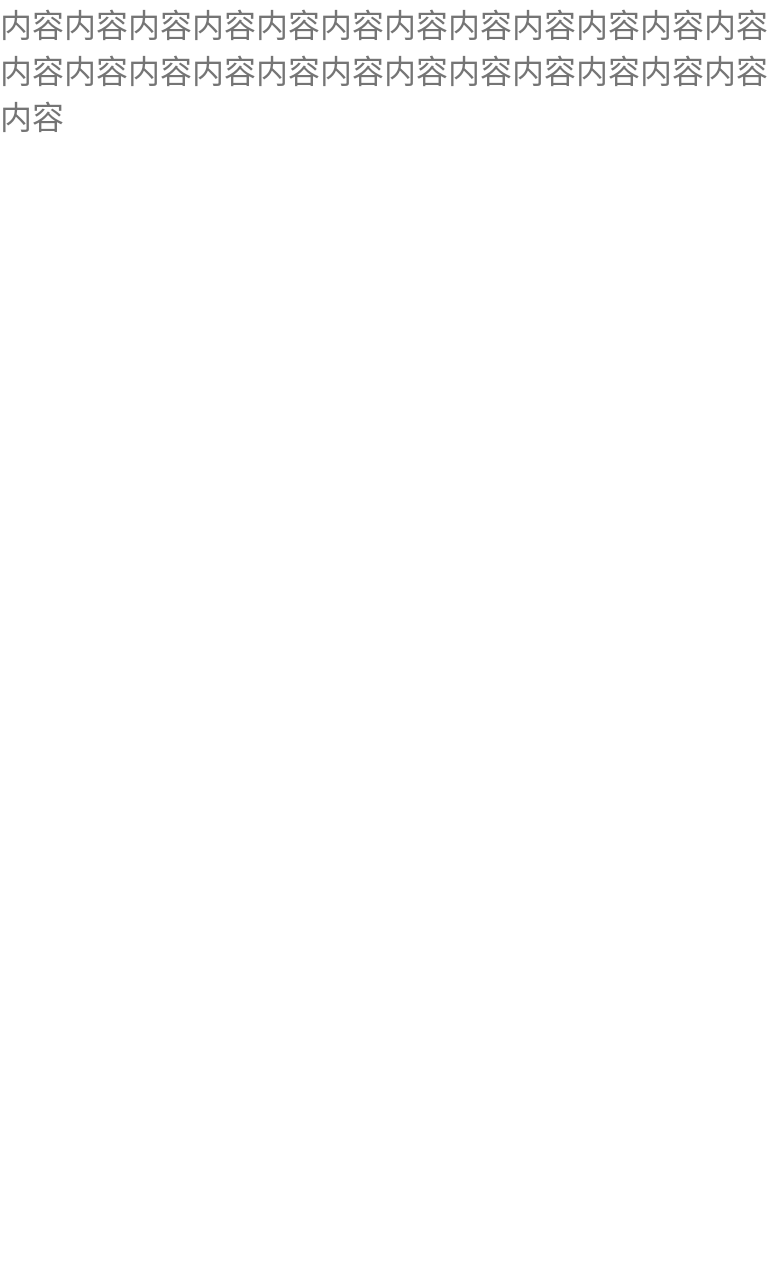
Repository: fatio/Nower
Layout: Android_Client_Source/EnjoyIt/res/layout/comment_list_item.xml
An editor plug-in stored every save of this project. The layout is shown before and after the next save, followed by the edit.
It is drawn on a 768 x 1280 px phone screen (xhdpi) without system bars, with theme AppTheme; the app's code is not run.

Above is the layout before, as saved 2015-12-27 16:30:58.

After the next save:
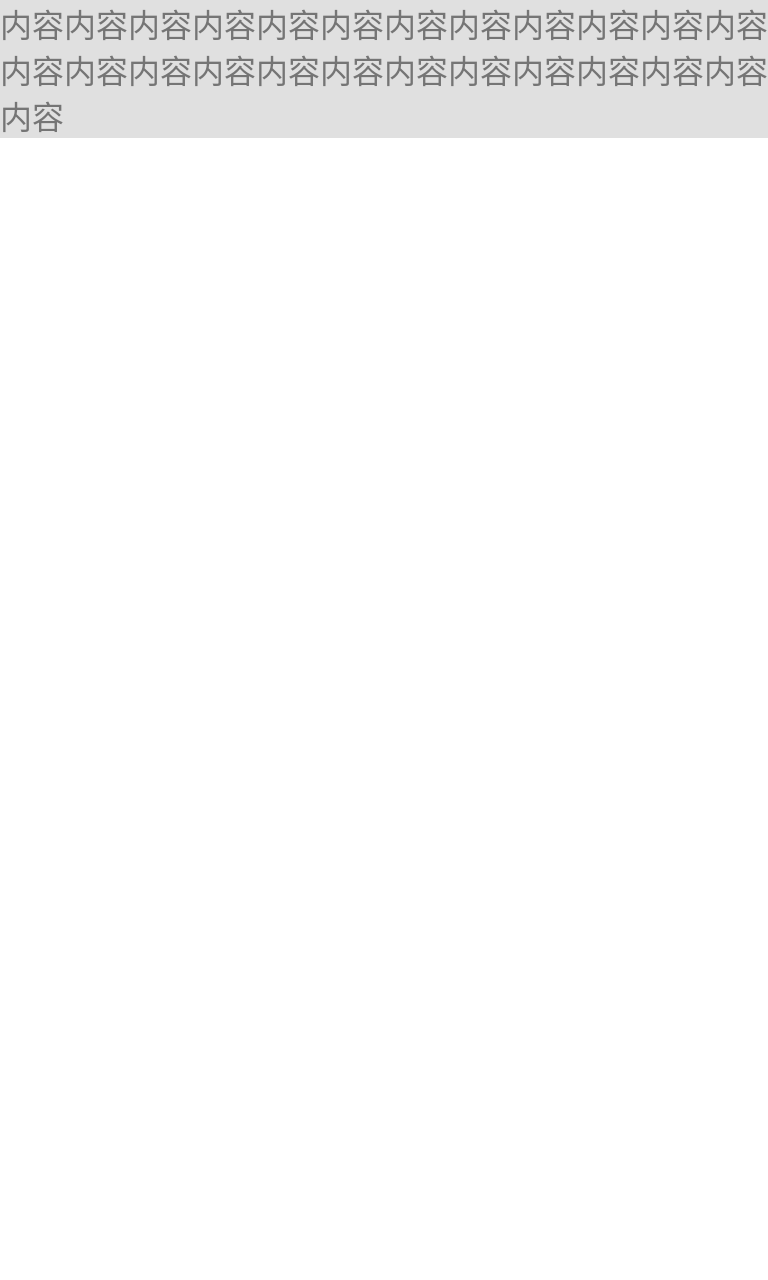
Saved 34 s later.
--- a/Android_Client_Source/EnjoyIt/res/drawable/comment_item_selector.xml
+++ b/Android_Client_Source/EnjoyIt/res/drawable/comment_item_selector.xml
@@ -2,7 +2,7 @@
 <selector xmlns:android="http://schemas.android.com/apk/res/android">
 
     <item android:drawable="@color/black2" android:state_pressed="true"></item>
-    <item android:drawable="@color/white" android:state_pressed="false"></item>
+    <item android:drawable="#e0e0e0" android:state_pressed="false"></item>
 
 </selector><!--
 solid设置填充颜色，颜色值以#80开头表示透明

After the save that followed:
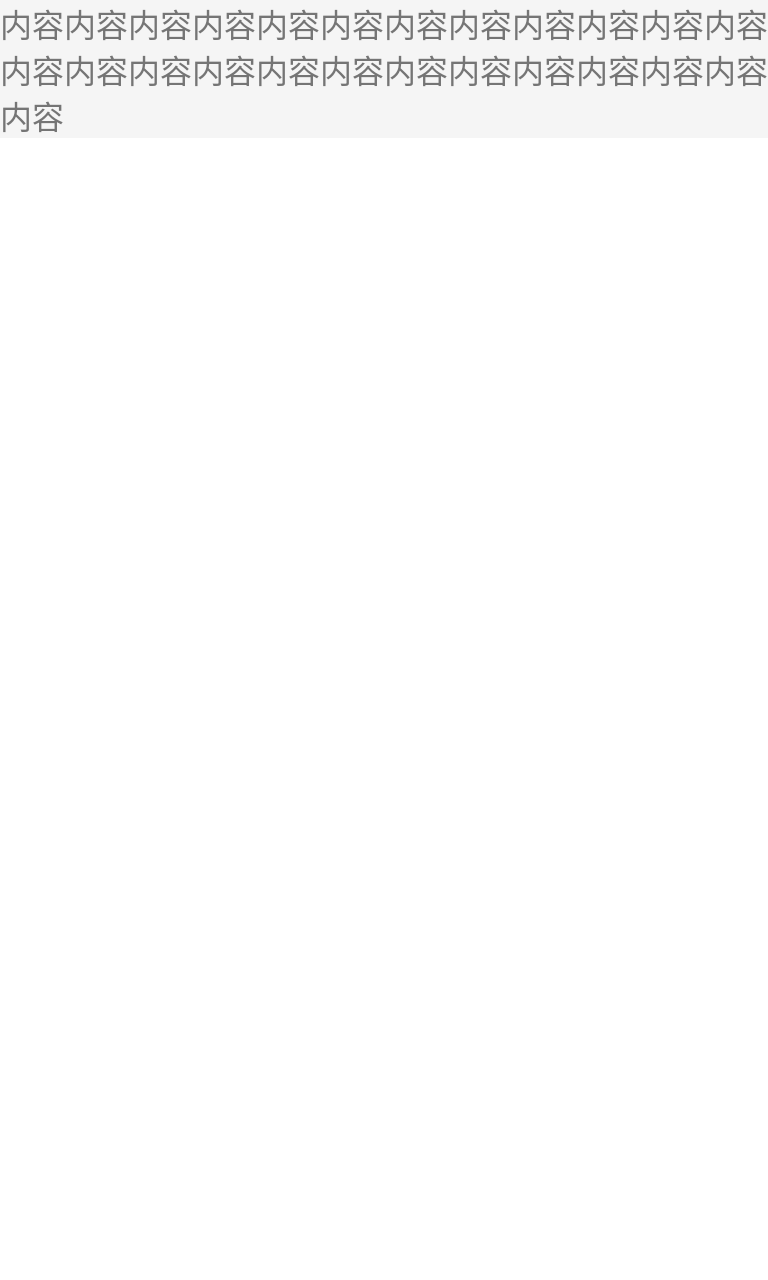
Saved 16 s later.
--- a/Android_Client_Source/EnjoyIt/res/drawable/comment_item_selector.xml
+++ b/Android_Client_Source/EnjoyIt/res/drawable/comment_item_selector.xml
@@ -2,7 +2,7 @@
 <selector xmlns:android="http://schemas.android.com/apk/res/android">
 
     <item android:drawable="@color/black2" android:state_pressed="true"></item>
-    <item android:drawable="#e0e0e0" android:state_pressed="false"></item>
+    <item android:drawable="@color/whitesmoke" android:state_pressed="false"></item>
 
 </selector><!--
 solid设置填充颜色，颜色值以#80开头表示透明
